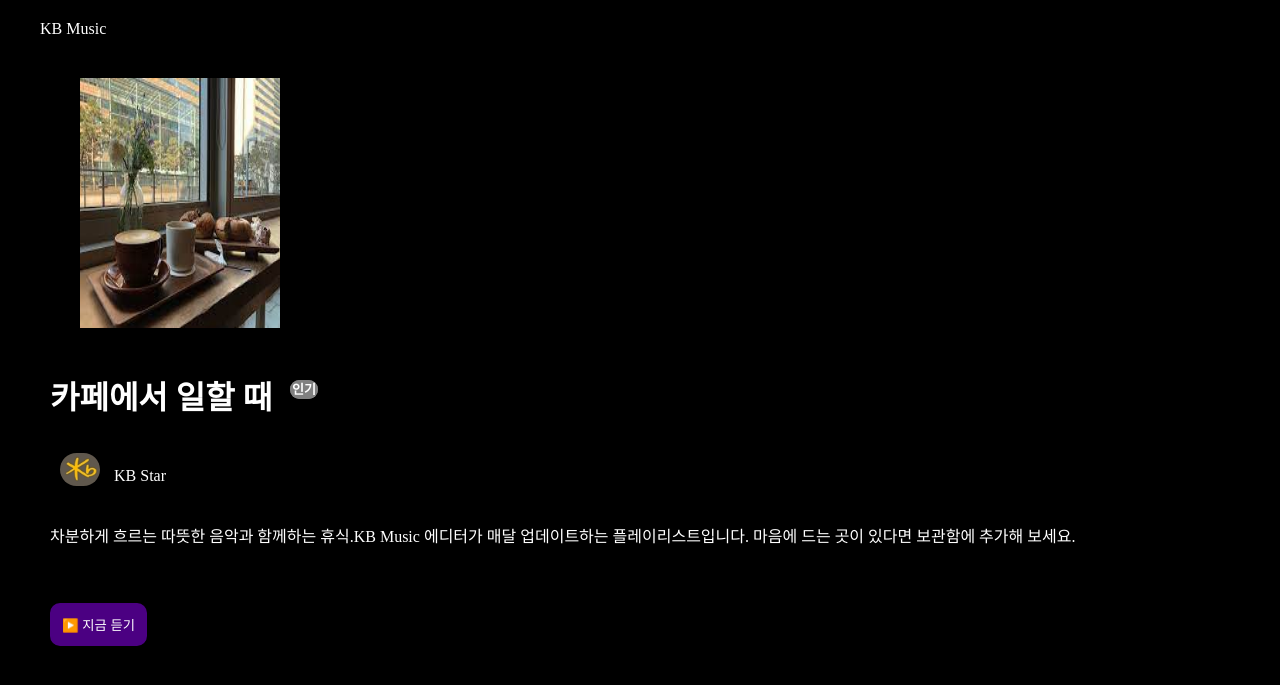
Repository: daeun0220/KB_EDU_JAVA
Page: work03_FrontUI/workshop02/src/main/webapp/front_workshop02.html
An editor plug-in stored every save of this project. The page is shown before and after a run of saves, followed by the edit.
The browser window is 1280 px wide. The pictures show the whole page.

Above is the page before, as saved 2023-08-08 06:42:59.

After the next 2 saves:
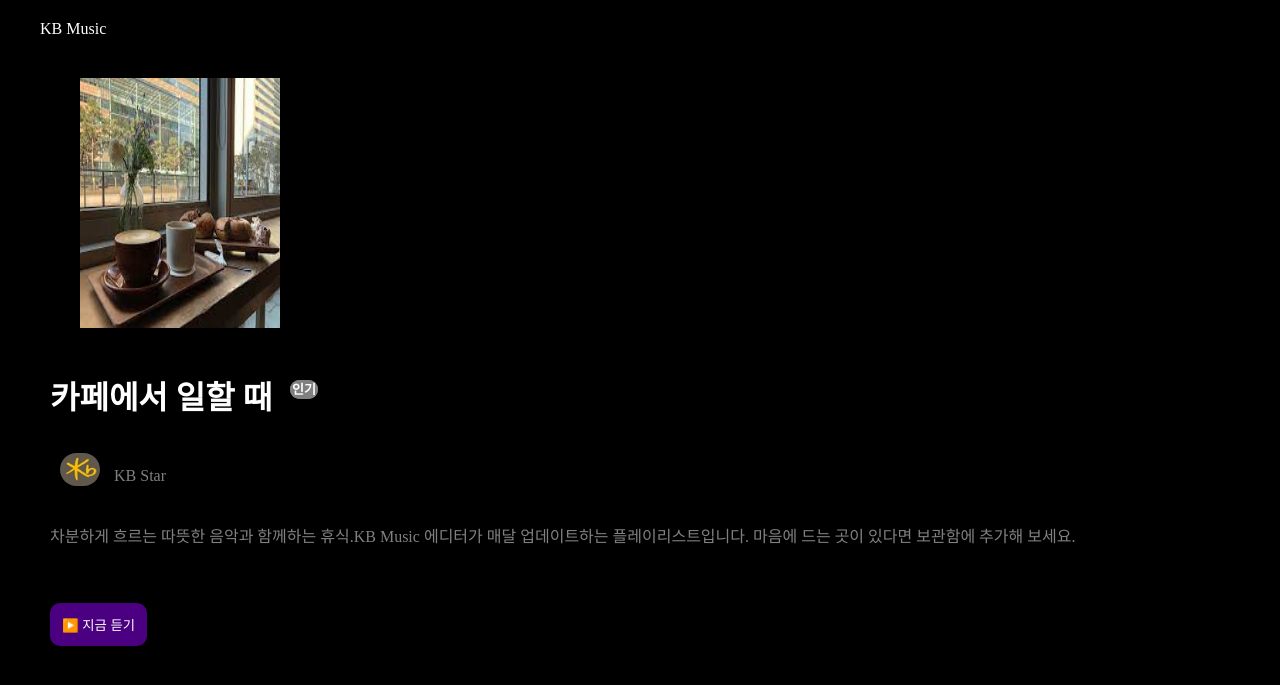
The 2 saves are shown as one change because they came seconds apart.
The last was saved 20 s later.
--- a/work03_FrontUI/workshop02/src/main/webapp/front_workshop02.html
+++ b/work03_FrontUI/workshop02/src/main/webapp/front_workshop02.html
@@ -40,10 +40,13 @@
 	border: 2px solid indigo;
 	padding: 10px;
 }
-.description .artist{
+
+.description {
 	color: gray
 }
-
+.artist {
+	color: gray
+}
 </style>
 </head>
 <body>
